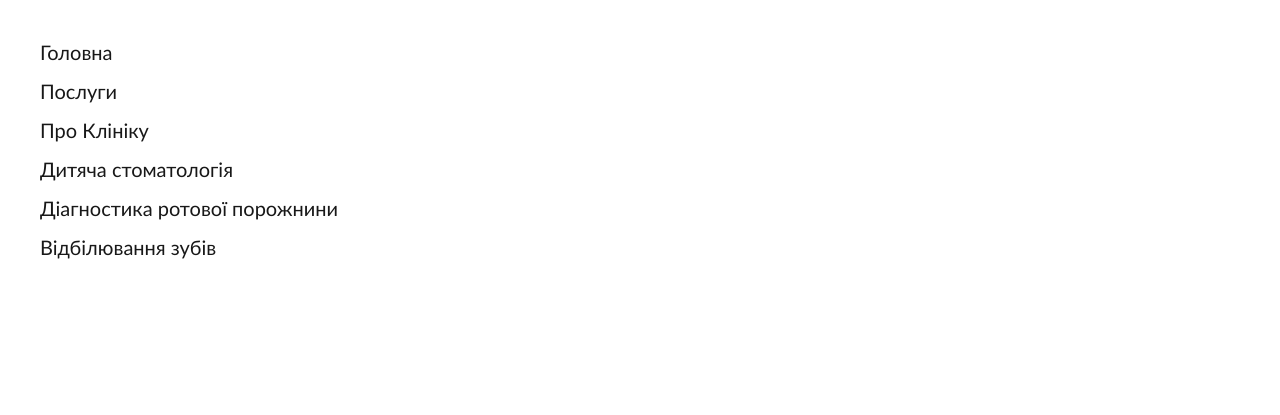
Repository: TarasDutchak/dental-clinic
Page: sitemap.html
The author's editor kept a copy of each file at every save. The page is drawn from the files as they stood at one save, then again after the next save.
The browser window is 1280 px wide. The pictures show the whole page.

Above is the page before, as saved 2025-01-03 07:07:38.

### sitemap.html
<!DOCTYPE html>
<html lang="en">

<head>
    <meta charset="UTF-8">
    <meta http-equiv="X-UA-Compatible" content="IE=edge">
    <meta name="viewport" content="width=device-width, initial-scale=1.0">
    <title>Pages</title>
    <link rel="icon" type="image/x-icon" href="favicon.png">
    <link rel="stylesheet" href="css/lib/swiper-bundle.min.css">
    <link rel="stylesheet" href="css/lib/bootstrap-grid.min.css">
    <link rel="stylesheet" href="css/lib/plyr.css">
    <link rel="stylesheet" href="css/lib/select2.css">
    <link rel="stylesheet" href="css/style.css">
</head>

<body>

    <div class="sitemap">
        <ul>
            <li><a href="index.html" target="_blank">Головна</a></li>
            <li><a href="services.html" target="_blank">Послуги</a></li>
            <li><a href="about.html" target="_blank">Про Клініку</a></li>
            <li><a href="pediatric-dentistry.html" target="_blank">Дитяча стоматологія</a></li>
            <li><a href="diagnistic-oral-cavity.html" target="_blank">Діагностика ротової порожнини</a></li>
            <li><a href="teeth-whitening.html" target="_blank">Відбілювання зубів</a></li>
        </ul>
    </div>


    <style>
        .sitemap {
            padding: 40px;
        }

        ul {
            list-style-type: none;
            margin: 0;
            padding: 0;
        }

        li {
            margin-bottom: 15px;
        }

        a {
            font-size: 20px;
            color: #181818;
        }
    </style>





</body>



</html>

Loaded but not shown: css/lib/swiper-bundle.min.css (library); css/lib/bootstrap-grid.min.css (library); css/lib/plyr.css (library); css/lib/select2.css (library); css/style.css (library)

After the next save:
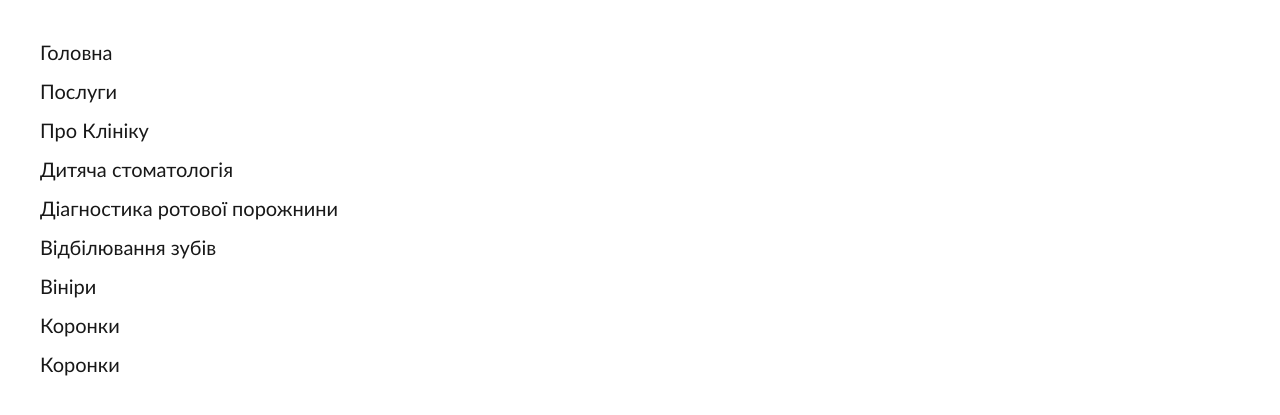
Saved 22 s later.
--- a/sitemap.html
+++ b/sitemap.html
@@ -24,6 +24,9 @@
             <li><a href="pediatric-dentistry.html" target="_blank">Дитяча стоматологія</a></li>
             <li><a href="diagnistic-oral-cavity.html" target="_blank">Діагностика ротової порожнини</a></li>
             <li><a href="teeth-whitening.html" target="_blank">Відбілювання зубів</a></li>
+            <li><a href="veneers.html" target="_blank">Вініри</a></li>
+            <li><a href="crowns.html" target="_blank">Коронки</a></li>
+            <li><a href="implantation-of-missing-teeth.html" target="_blank">Коронки</a></li>
         </ul>
     </div>
 
